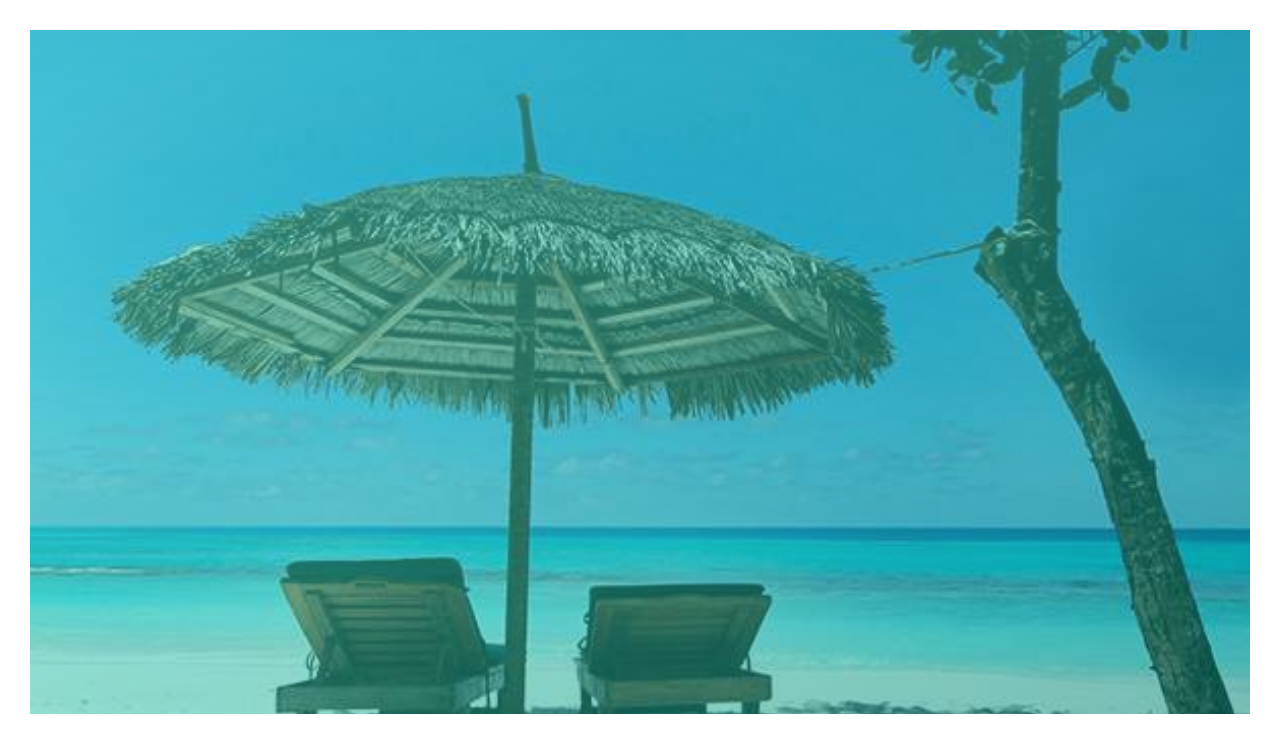
Repository: Azariagmt/tour-and-travel
Page: index.html
An editor plug-in stored every save of this project. The page is shown before and after a run of saves, followed by the edit.
The browser window is 1280 px wide. The pictures show the whole page.

Above is the page before, as saved 2020-03-24 16:34:20.

### index.html
<!DOCTYPE html>
<!--[if lt IE 7]>      <html class="no-js lt-ie9 lt-ie8 lt-ie7"> <![endif]-->
<!--[if IE 7]>         <html class="no-js lt-ie9 lt-ie8"> <![endif]-->
<!--[if IE 8]>         <html class="no-js lt-ie9"> <![endif]-->
<!--[if gt IE 8]><!--> <html class="no-js"> <!--<![endif]-->
    <head>
        <meta charset="utf-8">
        <meta http-equiv="X-UA-Compatible" content="IE=edge">
        <title></title>
        <meta name="description" content="">
        <meta name="viewport" content="width=device-width, initial-scale=1">
        <link href="https://fonts.googleapis.com/css?family=Lato&display=swap" rel="stylesheet">
        <link rel="stylesheet" href="css/style.css">
    </head>
    <body>
        <!--[if lt IE 7]>
            <p class="browsehappy">You are using an <strong>outdated</strong> browser. Please <a href="#">upgrade your browser</a> to improve your experience.</p>
        <![endif]-->
        <header class="header">

        </header>
        <script src="" async defer></script>
    </body>
</html>

### css/style.css
* {
  margin: 0;
  padding: 0;
  box-sizing: border-box;
}

body {
  font-family: "Lato", sans-serif;
  font-weight: 400;
  font-size: 16px;
  line-height: 1.7;
  color: #777777;
  padding: 30px;
}

.header {
  height: 95vh;
  background-image: linear-gradient(to right bottom, #64ffdb8b, #00897b84),
    url(../img/2.jpg);
  background-size: cover;
  background-position: top;
  clip-path: polygon(50% 0, 100);
}

After the next 4 saves:
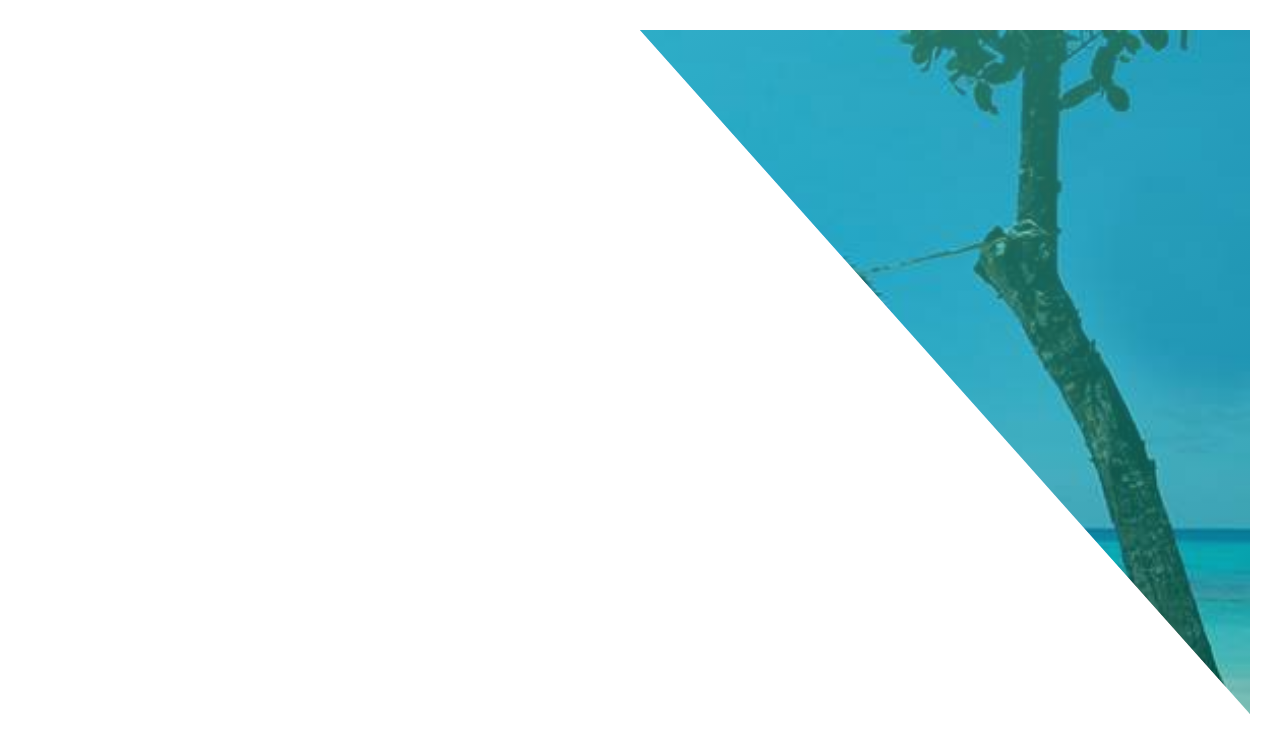
The 4 saves are shown as one change because they came seconds apart.
The last was saved 12 s later.
--- a/css/style.css
+++ b/css/style.css
@@ -19,5 +19,5 @@
     url(../img/2.jpg);
   background-size: cover;
   background-position: top;
-  clip-path: polygon(50% 0, 100);
+  clip-path: polygon(50% 0, 100% 100%, 100% 0);
 }
